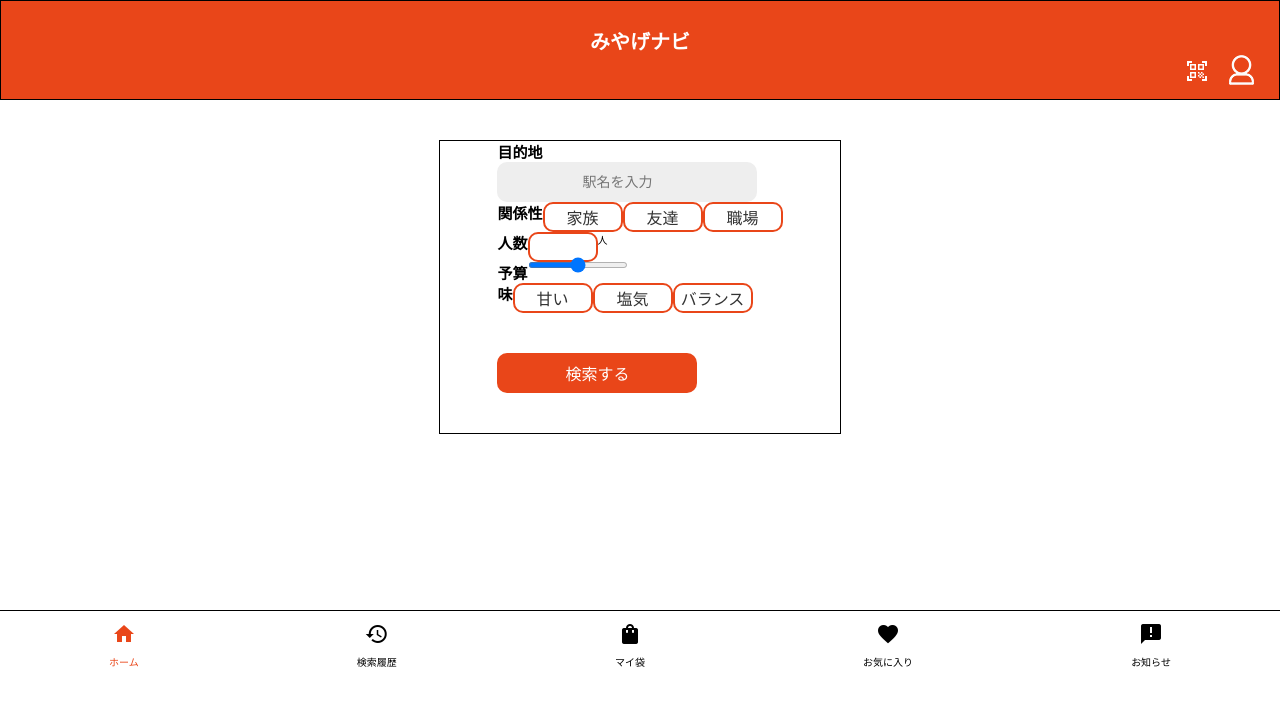
Repository: ama-ne2/miyage_nav
Page: index.html
An editor plug-in stored every save of this project. The page is shown before and after the next save, followed by the edit.
The browser window is 1280 px wide. The pictures show the whole page.

Above is the page before, as saved 2026-02-05 19:34:58.

After the next save:
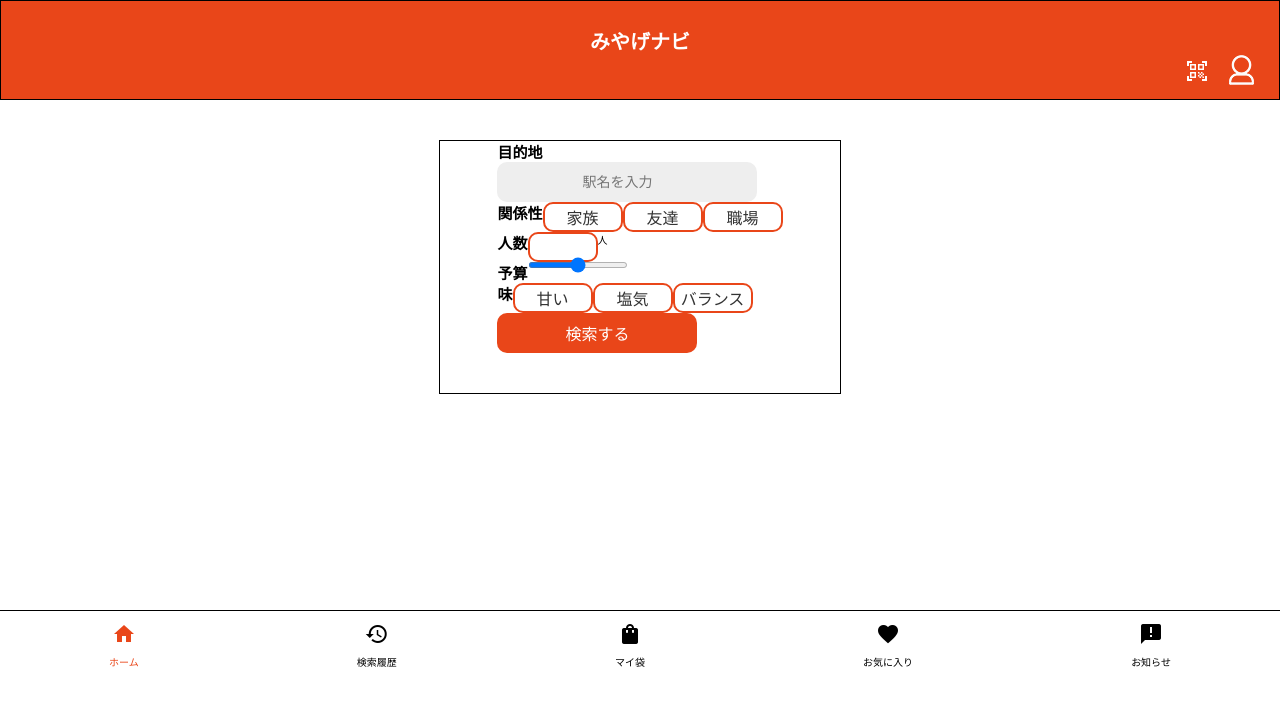
Saved 10 s later.
--- a/css/index.css
+++ b/css/index.css
@@ -88,5 +88,5 @@
     color: #fff;
     font-size: 1.6rem;
     border-radius: 10px;
-    margin:  40px auto 40px;
+    margin:  auto auto 40px;
 }

After the save that followed:
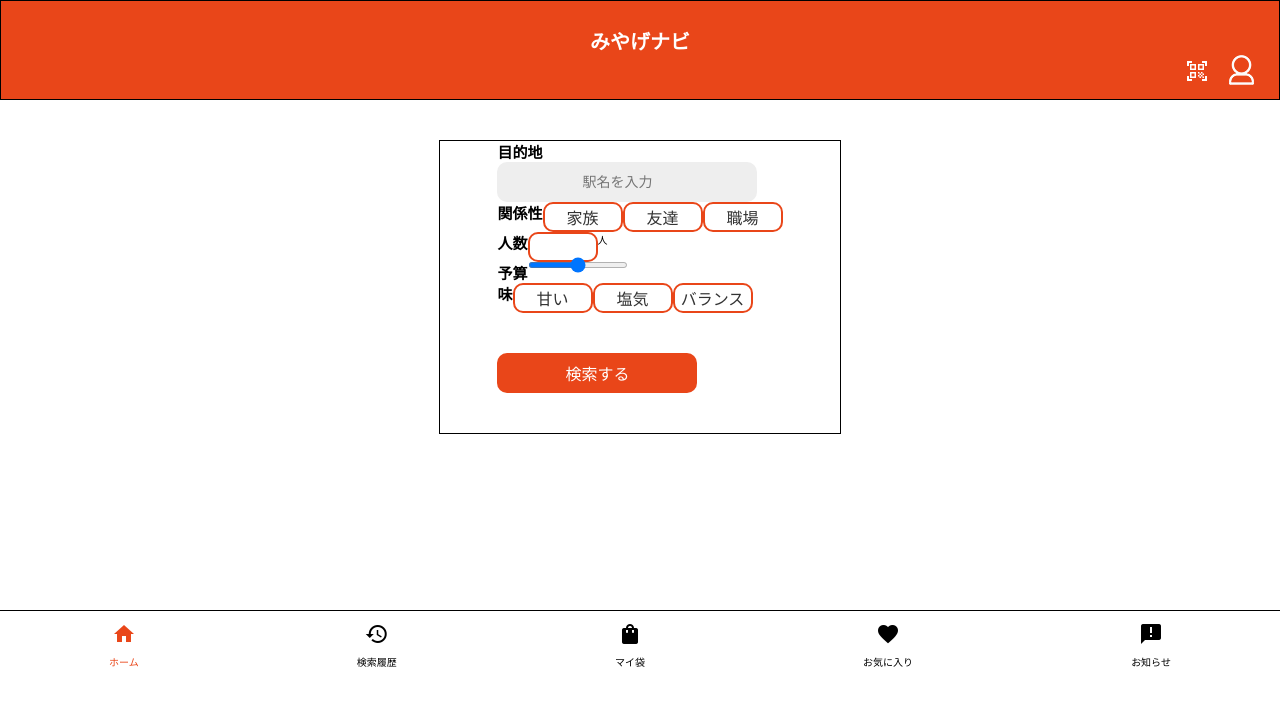
Saved 5 s later.
--- a/css/index.css
+++ b/css/index.css
@@ -88,5 +88,5 @@
     color: #fff;
     font-size: 1.6rem;
     border-radius: 10px;
-    margin:  auto auto 40px;
+    margin:  40px auto 40px;
 }
